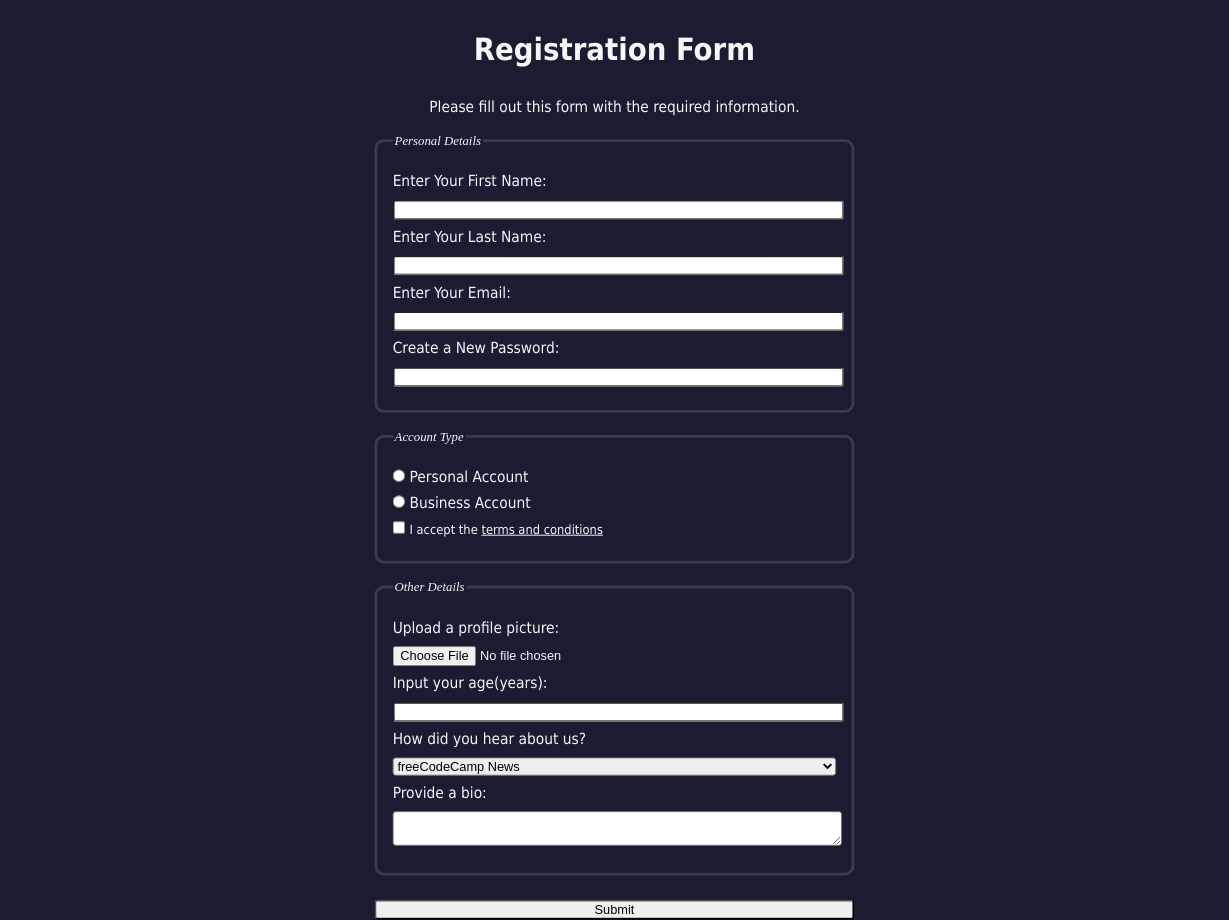
Repository: Lungdjos/registration_form
Page: index.html
These files come from the project's save history. The page is drawn as it stood at one moment and after the next save; the edit follows.
The browser window is 1280 px wide. The pictures show the whole page, at 96% of full size.

Above is the page before, as saved 2023-09-29 10:38:57.

### index.html
<!DOCTYPE html>
<html lang="en">

<head>
    <meta charset="UTF-8">
    <meta name="viewport" content="width=device-width, initial-scale=1.0">
    <title>Registration Form</title>
    <link rel="stylesheet" href="indexStyles.css">
</head>

<body>
    <h1>Registration Form</h1>
    <p>Please fill out this form with the required information.</p>
    <form action="https://register-demo.freecodecamp.org" method="post">
        <fieldset>
            <legend> <small>Personal Details</small> </legend>
            <label for="first-name">Enter Your First Name: <input type="text" id="first-name" name="first-name" required> </label>
            <label for="last-name">Enter Your Last Name: <input type="text" id="last-name" name="last-name" required> </label>
            <label for="email">Enter Your Email: <input type="email" id="email" name="email" required> </label>
            <label for="new-password">Create a New Password: <input type="password" name="password" id="new-password" pattern="[A-Za-z0-9]{8,}" minlength="8" required> </label>
        </fieldset>
        <fieldset>
            <legend> <small>Account Type</small></legend>
            <label for="personal-account"> <input class="inline" type="radio" name="account-type" id="personal-account"> Personal Account</label>
            <label for="business-account"> <input class="inline" type="radio" name="account-type" id="business-account"> Business Account</label>
            <label for="terms-and-conditions"> <input class="inline" type="checkbox" name="ts-and-cs" id="terms-and-conditions" required> <small>I accept the <a href="https://www.freecodecamp.org/news/terms-of-service/">terms and conditions</a> </small> </label>
        </fieldset>
        <fieldset>
            <legend> <small>Other Details</small></legend>
            <label for="profile-pic">Upload a profile picture: <input type="file" name="profile-piture" id="profile-pic"></label>
            <label for="age">Input your age(years): <input type="number" name="age" id="age" min="13" max="100"> </label>

            <label for="referrer"> How did you hear about us?
                <select name="referrer" id="referrer">
                    <option value="">(select one)</option>
                    <option value="1" selected name="news">freeCodeCamp News</option>
                    <option value="2" name="youtube" >freeCodeCamp YouTube Channel</option>
                    <option value="3" name="forum" >freeCodeCamp Forum</option>
                    <option value="4" name="other" >Other</option>
                </select>
            </label>
            <label for="bio">Provide a bio:
                <textarea name="biography" id="bio" cols="50" rows="2" placeholder="I like coding on the beach..." >
                </textarea>
            </label>
        </fieldset>

        <input type="submit" value="Submit" name="submit" id="">
    </form>
</body>

</html>

### indexStyles.css
/* CSS for the Registration Form */

body {
    width: 100%;
    height: 100vh;
    /* will need to set the value to */
    margin: 0;
    background-color: #1b1b32;
    color: #f5f6f7;
    font-size: 16px;
    font-family: Tahoma;
}

label {
    display: block;
    margin: .5rem 0;
}

a {
    color: #f5f6f7;
}

form {
    margin: 0px 30px 0px 30px;
}

fieldset {
    margin: 15px 0px 15px 0px;
    border-radius: 10px;
    border: 3px solid #3b3b4f;
    padding: 1rem;
}


/* gets the last element and take effects */


/* fieldset:last-of-type {
    border: none;
} */

input,
textarea,
select {
    margin: 10px 0 0 0;
    width: 100%;
    border-radius: 3px;
}

.inline {
    width: unset;
    margin: 0;
}

legend {
    font-style: italic;
    font-family: 'Times New Roman', Times, serif;
}

h1,
p {
    margin: 1em auto;
    text-align: center;
}

form {
    margin: 0 auto;
    max-width: 500px;
    min-width: 300px;
    width: 60vw;
}

After the next save:
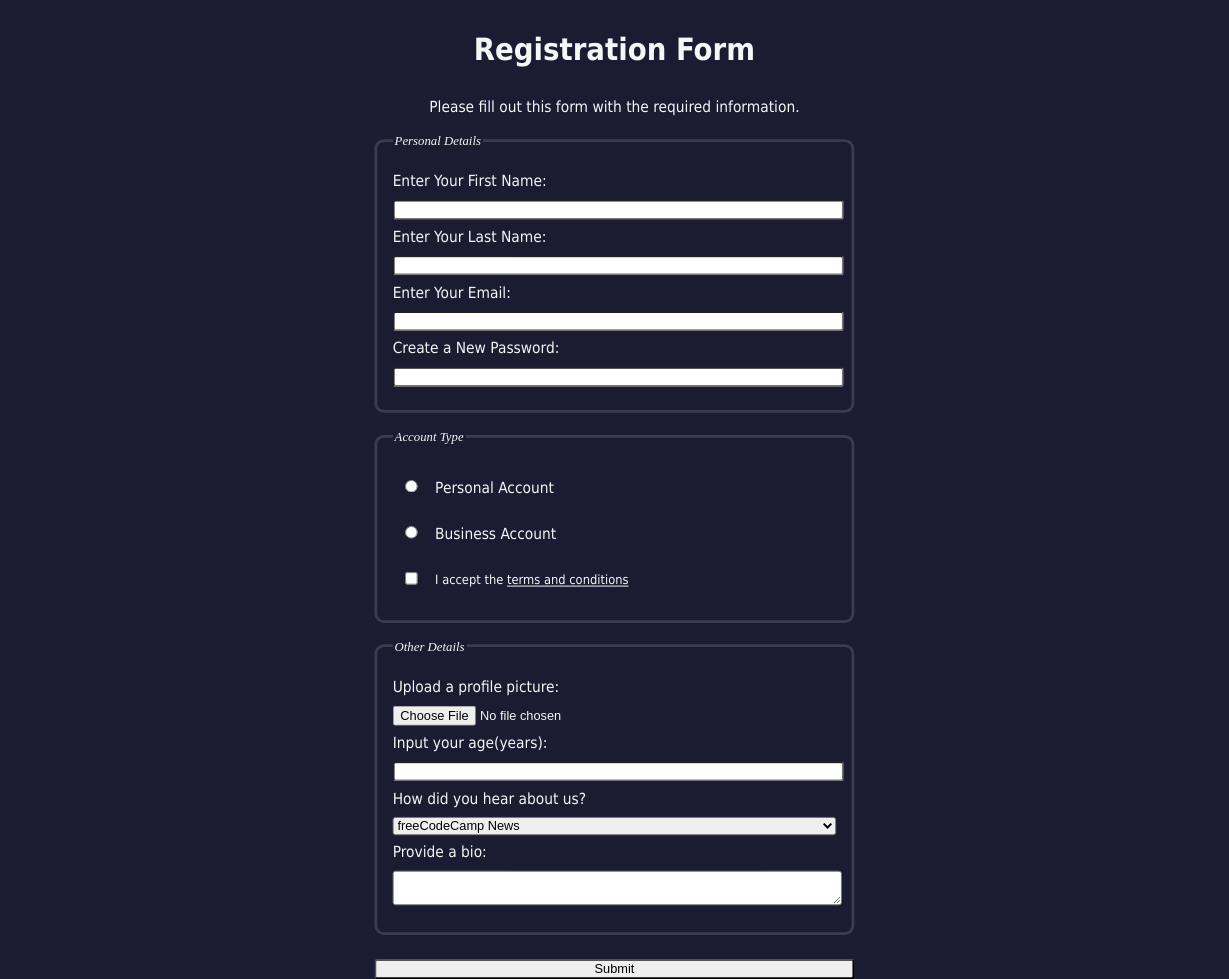
Saved 5 s later.
--- a/indexStyles.css
+++ b/indexStyles.css
@@ -49,7 +49,7 @@
 
 .inline {
     width: unset;
-    margin: 0;
+    margin: 01em;
 }
 
 legend {

After the 2 saves that followed:
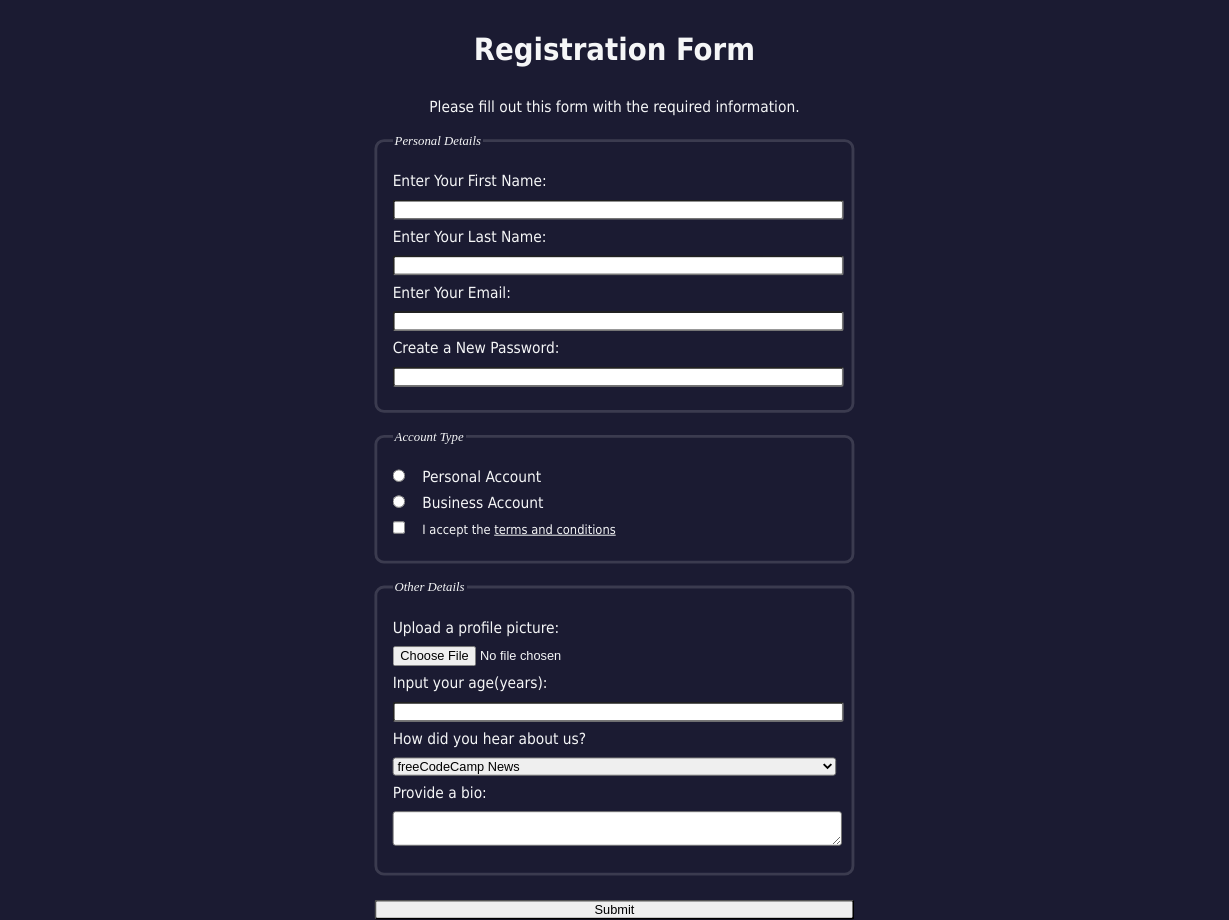
The 2 saves are shown as one change because they came seconds apart.
The last was saved 8 s later.
--- a/indexStyles.css
+++ b/indexStyles.css
@@ -49,7 +49,7 @@
 
 .inline {
     width: unset;
-    margin: 01em;
+    margin: 0 1em 0 0;
 }
 
 legend {
